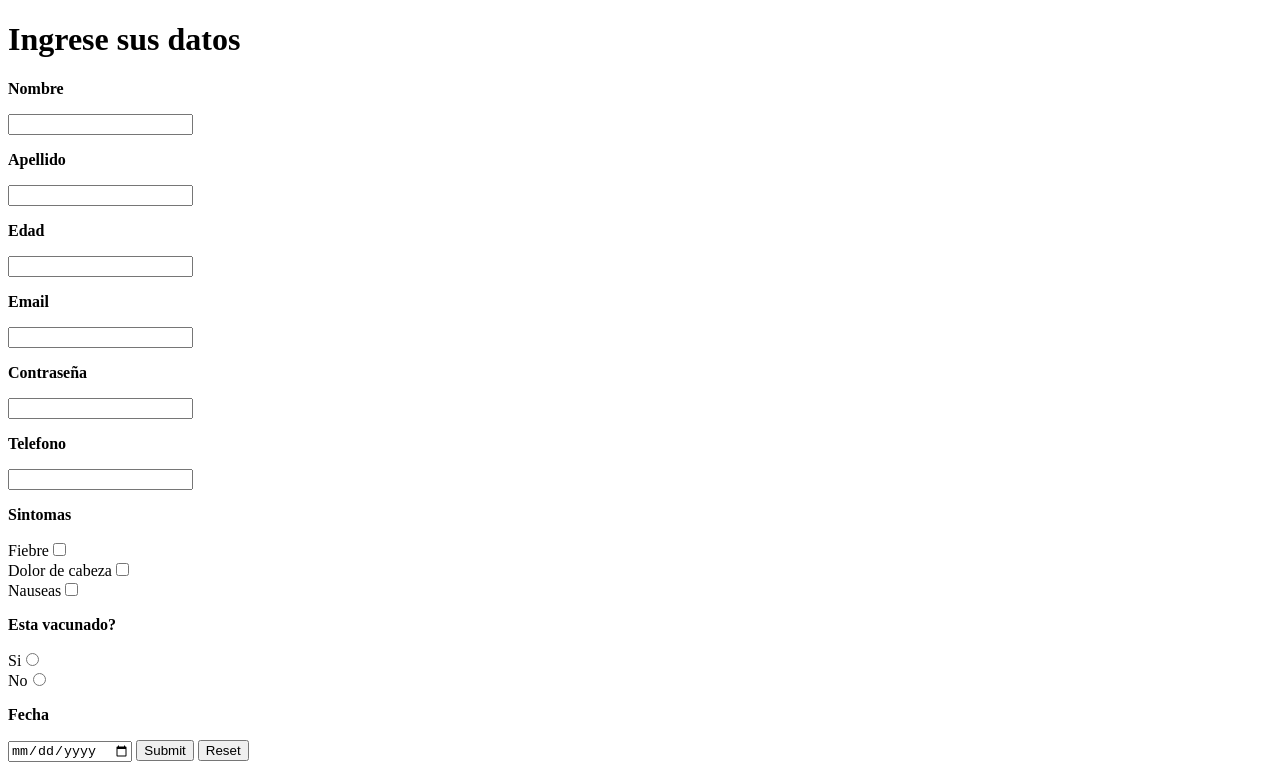
Repository: fran2708/LPPA
Page: Project 2 - Covid registration/index.html
These files come from the project's save history. The page is drawn as it stood at one moment and after the next save; the edit follows.
The browser window is 1280 px wide. The pictures show the whole page.

Above is the page before, as saved 2022-04-19 21:02:54.

After the next save:
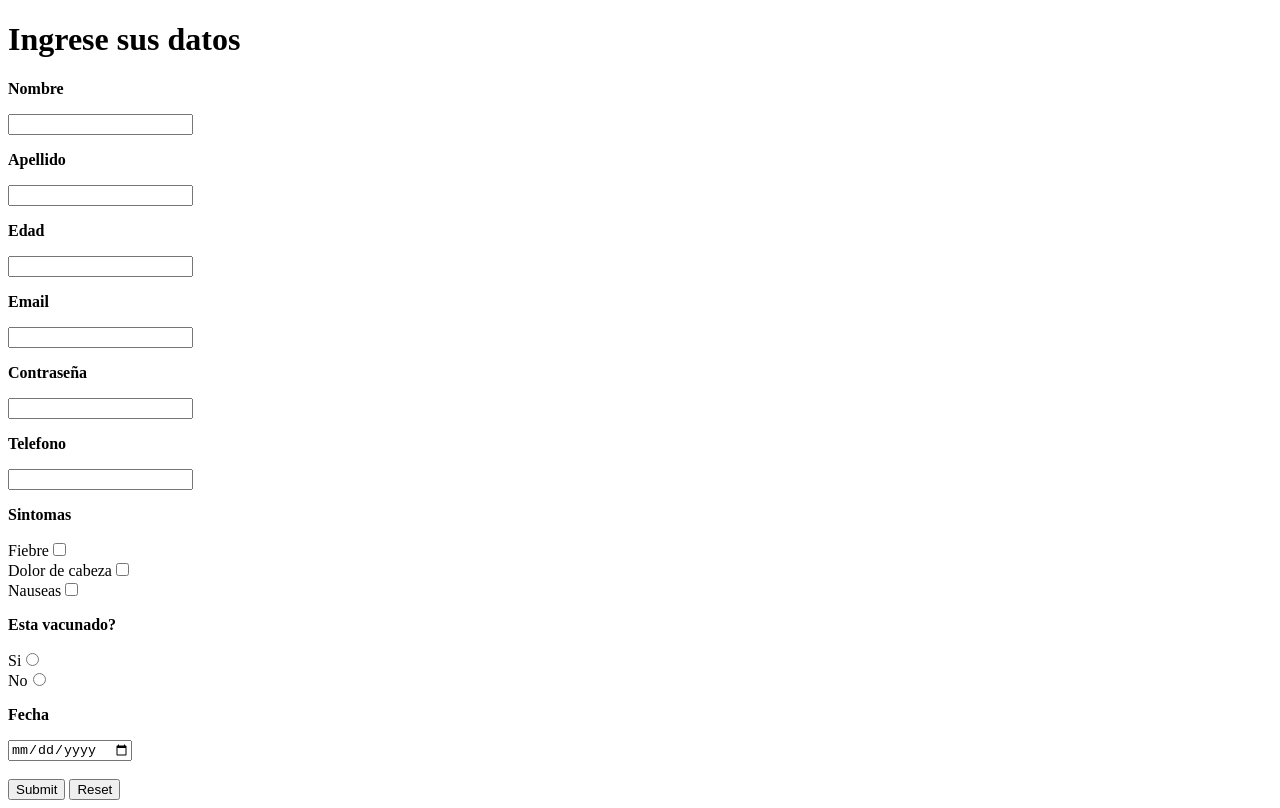
Saved 10 s later.
--- a/Project 2 - Covid registration/index.html
+++ b/Project 2 - Covid registration/index.html
@@ -29,7 +29,7 @@
         <label>Si<input type="radio" name="radioSi"></label><br>
         <label>No<input type="radio" name="radioNo"></label><br>
         <p><strong>Fecha</strong></p>
-        <input type="date" name="fecha">
+        <input type="date" name="fecha"><br><br>
         <button type="submit" name="submit">Submit</button>
         <button type="reset" name="reset">Reset</button>
     </form>
